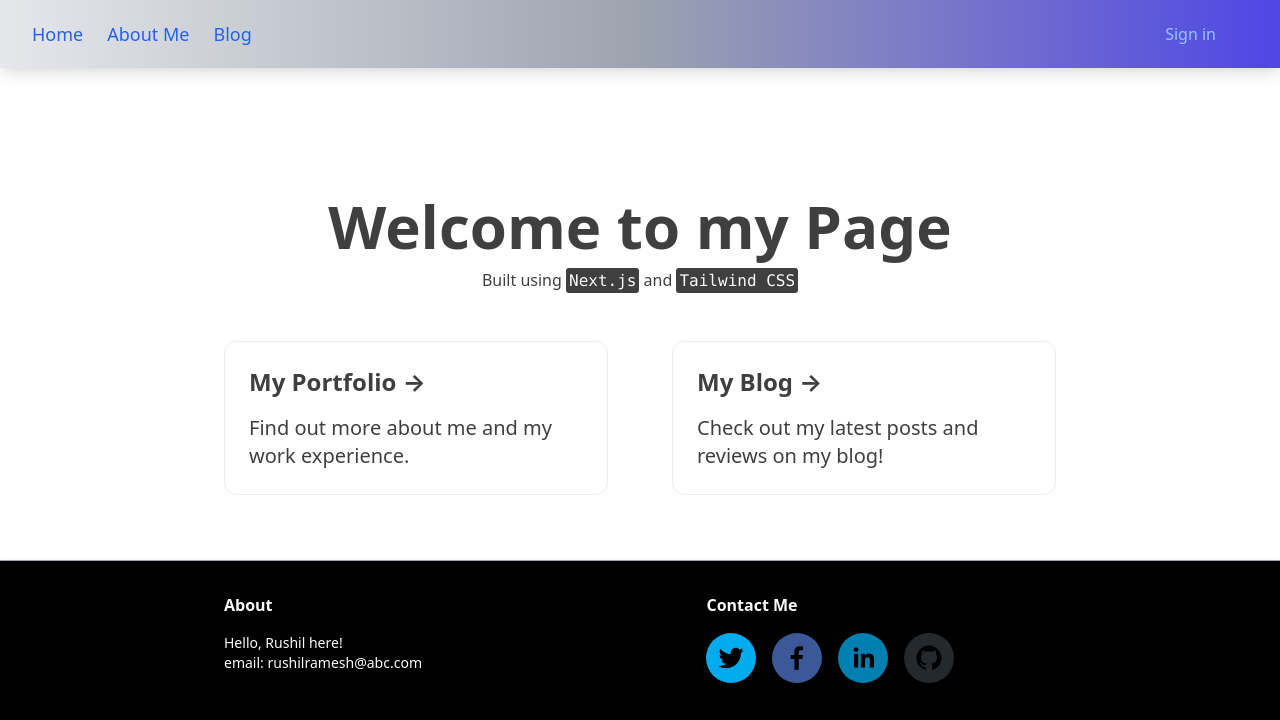
Repository: rushilramesh/portfolio-page
Page: /
The author's editor kept a copy of each file at every save. The page is drawn from the files as they stood at one save, then again after the next save.
The browser window is 1280 px wide. The pictures show the whole page.
The page's requests for data from a server got no answer. The project was rebuilt for these pictures with package versions that can differ from the ones it lists, and the page was loaded fresh each time. The framework's server and built-in components were replaced by stand-ins that run in the browser. No one was signed in, and anything a server would have sent is missing. Also part of the build but not shown: next.config.js.

Above is the page before, as saved 2021-05-24 12:50:11.

### pages/_app.tsx
import { AppProps } from 'next/dist/next-server/lib/router/router';
import '../styles/globals.css'
import { Provider } from 'next-auth/client';


function MyApp({ Component, pageProps } : AppProps) {

  return (
    <Provider session={pageProps.session}>
      <Component {...pageProps} />
    </Provider>
  )

}

export default MyApp

### pages/index.tsx
import Head from 'next/head'
import Image from 'next/image'
import Link from 'next/link'
import Layout from '../components/Layout'
import utilStyles from '../styles/utils.module.css'
import firebaseClient from '../lib/firbaseClient'
import { useAuth } from '../lib/auth'


export default function Home() {

  return (


    <Layout home>
      <Head>
        <title>Personal Portfolio</title>
      </Head>
        <div className="container mx-auto  flex flex-col items-center justify-center w-full mt-32 flex-1 px-20 text-center opacity-75" >

          <h1 className="text-6xl font-bold">
            Welcome to my Page
          </h1>

          <p className="mt-3">
            Built using <code> Next.js</code> and <code>Tailwind CSS</code>
          </p>


          <div className="flex flex-wrap items-center justify-around max-w-4xl mt-6 sm:w-full">
            <Link href="./about">
              <a className="p-6 mt-6 text-left border w-96 rounded-xl hover:bg-indigo-200 focus:text-blue-600">
                <h3 className="text-2xl font-bold">My Portfolio &rarr;</h3>
                <p className="mt-4 text-xl">
                  Find out more about me and my work experience.
                </p>
              </a>
            </Link>

            <Link href="./blog">
              <a className="p-6 mt-6 text-left border w-96 rounded-xl hover:bg-red-200 focus:text-blue-600">
                <h3 className="text-2xl font-bold">My Blog &rarr;</h3>
                <p className="mt-4 text-xl">
                  Check out my latest posts and reviews on my blog!
                </p>
              </a>
            </Link>
          </div>
        </div>

    </Layout>

  )
}

### styles/globals.css
@tailwind base;
@tailwind components;
@tailwind utilities;

code {
    background-color: black;
    color: #f8f8f2;
    padding: 3px;
    border-radius: 3px;
}

### components/Layout.tsx
import Nav from './Nav'
import utilStyles from '../styles/utils.module.css'
import Link from 'next/link'
import { SocialIcon } from 'react-social-icons';

const Layout = ({children, home} : {children: React.ReactNode, home?: boolean, }) => {
    return (
        <div className="flex flex-col width-screen h-screen" >
            <header>
                <Nav />
            </header>
            <div className="container mx-auto mb-488 text-center">
                <main>{children}</main>
            </div>

            <footer  className= {(home) ? " fixed bottom-0 bg-black border-t w-full border-gray-400 shadow text-gray-50 h-40" : "  bg-black border-t border-gray-400 shadow text-gray-50 "}>
            <div className="container max-w-4xl mx-auto flex py-8 ">
                <div className="flex w-full md:w-7/12 ">
                    <div className="px-8">
                        <h3 className="font-bold text-gray-50">About</h3>
                        <p className="py-4 text-gray-50 text-sm">
                            Hello, Rushil here!
                            <br/>
                            email: rushilramesh@abc.com
                        </p>
                    </div>
				</div>

                <div className="flex w-full md:w-1/2 ">
					<div className="px-8">
						<h3 className="font-bold -mb-4 text-gray-50">Contact Me</h3>
						<div className="container justify-center inline-flex mt-8 space-x-4 ">
                            <a href='https://twitter.com/?lang=en'><SocialIcon network="twitter" /></a>
                            <a href='https://www.facebook.com/'><SocialIcon network="facebook" /></a>
                            <a href='https://www.linkedin.com/in/rushil-ramesh-2a8404209/'><SocialIcon network="linkedin" /></a>
                            <a href='https://github.com/rushilramesh'><SocialIcon network="github" /></a>
                        </div>
					</div>
				</div>
            </div>
        </footer>
        </div>
    )
}

export default Layout;

### components/Nav.tsx
/* This example requires Tailwind CSS v2.0+ */
import Link from 'next/link'
import Image from 'next/dist/client/image'
import router, { useRouter } from 'next/router'
import { signIn, signOut, useSession} from 'next-auth/client'


const navs = [
   {name: 'Home', href: '/'},
   {name: 'About Me', href: 'http://localhost:3000/about'},
   {name: 'Blog', href: 'http://localhost:3000/blog'}
]


export default function Nav() {
   const [session, loading] = useSession()

   if (loading) {
      return <h1></h1>
   }

   return (
      <nav id="header" className="w-full z-30 top-10 py-1 bg-gradient-to-r from-gray-200 via-gray-400 to-indigo-600 shadow-lg  mt-15">
         <div className="w-full flex items-center justify-between mt-0 px-6 py-2">
         <label  className="cursor-pointer md:hidden block">
            <svg className="fill-current text-blue-600" xmlns="http://www.w3.org/2000/svg" width="20" height="20" viewBox="0 0 20 20">
               <title>menu</title>
               <path d="M0 3h20v2H0V3zm0 6h20v2H0V9zm0 6h20v2H0v-2z"></path>
            </svg>
         </label>
         <input className="hidden" type="checkbox" id="menu-toggle"/>

         <div className="hidden md:flex md:items-center md:w-auto w-full order-3 md:order-1" id="menu">
            <nav>
               <ul className="md:flex items-center justify-between text-base text-blue-600 pt-4 md:pt-0">
                  {navs.map((item) => (
                  <li key={item.name} >
                     <Link href={item.href}>
                        <a className="inline-block no-underline hover:text-black font-medium text-lg py-2 px-4 lg:-ml-2" >{item.name}</a>
                     </Link>
                  </li>))}
               </ul>
            </nav>
         </div>

         <div className="order-2 md:order-3 flex flex-wrap items-center justify-end mr-0 md:mr-4" id="nav-content">
            <div className="auth flex space-x-4 items-center w-full md:w-full">
               { session && (
                  <Image src="/images/displayPhoto.jpeg" alt="DP" width={30} height ={30} className="rounded-full"/>
               )}
               <button className=" text-blue-300 p-2  mr-4 hover:bg-gray-600 hover:text-indigo-200">
                  {session ? (
                        <button onClick={e => {
                           e.preventDefault()
                           signOut()
                           router.push('/')
                        }}>Sign Out</button>
                        ) : (
                        <button onClick={e => {
                           e.preventDefault()
                           signIn("Credentials")
                        }}>Sign in</button>
                     )
                  }
               </button>
            </div>
         </div>
         </div>
      </nav>
  )
}

### tailwind.config.js
module.exports = {

  purge: ['./pages/**/*.{js,ts,jsx,tsx}', './components/**/*.{js,ts,jsx,tsx}'],
  darkMode: false, // or 'media' or 'class'
  theme: {
    extend: {
      backgroundImage: theme => ({
        'main-background': "url('/images/background-photo.jpeg')",
      })
    },
  },
  variants: {
    extend: {
      justifyItems: ['hover', 'focus'],
    },
  },
  plugins: [],
}

After the next save:
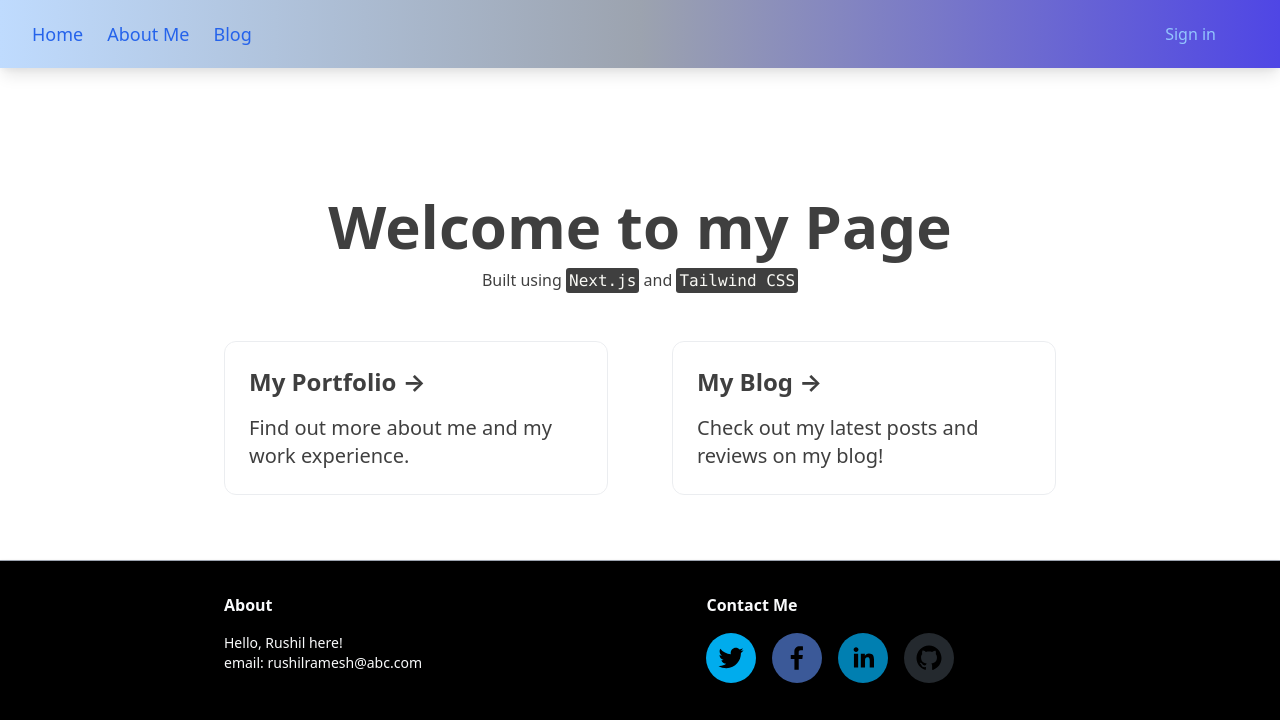
Saved 18 s later.
--- a/components/Nav.tsx
+++ b/components/Nav.tsx
@@ -20,7 +20,7 @@ export default function Nav() {
    }
 
    return (
-      <nav id="header" className="w-full z-30 top-10 py-1 bg-gradient-to-r from-gray-200 via-gray-400 to-indigo-600 shadow-lg  mt-15">
+      <nav id="header" className="w-full z-30 top-10 py-1 bg-gradient-to-r from-blue-200 via-gray-400 to-indigo-600 shadow-lg  mt-15">
          <div className="w-full flex items-center justify-between mt-0 px-6 py-2">
          <label  className="cursor-pointer md:hidden block">
             <svg className="fill-current text-blue-600" xmlns="http://www.w3.org/2000/svg" width="20" height="20" viewBox="0 0 20 20">
